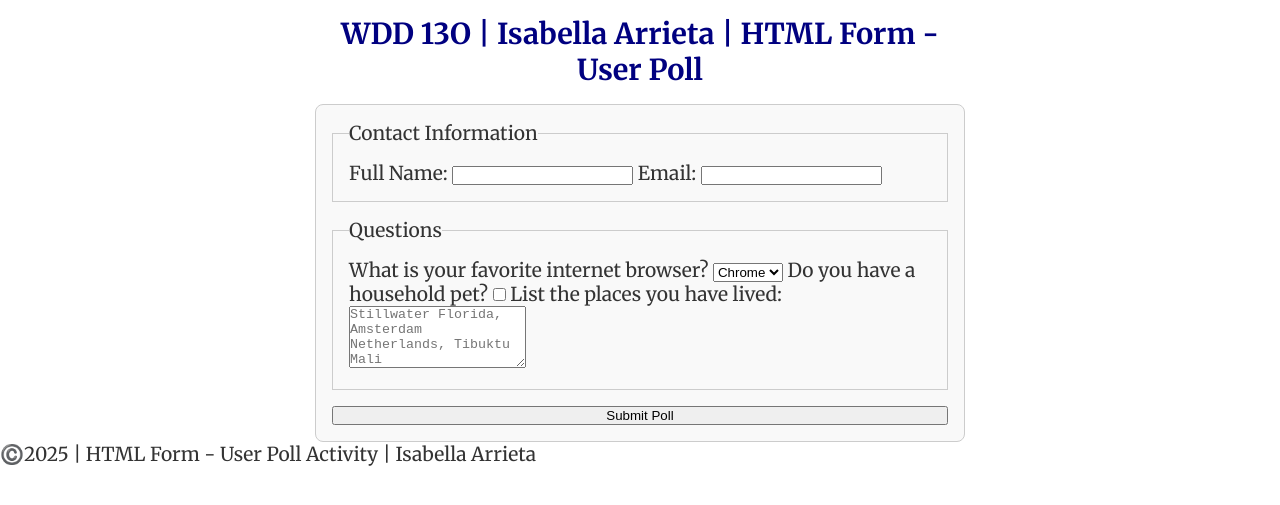
Repository: isaAJ05/wdd130
Page: week05/poll-form.html
These files come from the project's save history. The page is drawn as it stood at one moment and after a run of saves; the edit follows.
The browser window is 1280 px wide. The pictures show the whole page.

Above is the page before, as saved 2025-06-14 18:36:58.

### week05/poll-form.html
<!DOCTYPE html>
<html lang="en-us">
<head>
    <meta charset="UTF-8">
    <meta name="viewport" content="width=device-width, initial-scale=1.0">
    <title>WDD 130 | HTML Form - User Poll</title>
    <meta name="description" content="Poll form">
    <meta name="author" content="Isabella Arrieta">
    <link rel="stylesheet" href="styles/poll-form.css">
    <link rel="preconnect" href="https://fonts.googleapis.com">
    <link rel="preconnect" href="https://fonts.gstatic.com" crossorigin>
    <link href="https://fonts.googleapis.com/css2?family=Merriweather:wght@400;700&family=Roboto:wght@400;700&display=swap" rel="stylesheet">
</head>
<body>
    <header>
        <h1>WDD 13O | Isabella Arrieta | HTML Form - User Poll</h1>
    </header>
    <main>
        <form>
            <fieldset>
                <legend>Contact Information</legend>
                <label>Full Name: <input type="text" name="fullname"></label>
                <label>Email: <input type="email" id="useremail" name="useremail"></label>
            </fieldset>
            <fieldset>
                <legend>Questions</legend>
                <label for="browser">What is your favorite internet browser?</label>
                <select id="browser" name="browser">
                    <option value="chrome">Chrome</option>
                    <option value="firefox">Firefox</option>
                    <option value="safari">Safari</option>
                    <option value="edge">Edge</option>
                    <option value="brave">Brave</option>
                    <option value="other">Other</option>
                </select>
                <label for="pet">Do you have a household pet?</label>
                <input type="checkbox" id="pet" name="pet">
                <label for="feedback">List the places you have lived:</label>
                <textarea id="feedback" name="feedback" rows="4" placeholder="Stillwater Florida, Amsterdam Netherlands, Tibuktu Mali"></textarea>
            </fieldset>
            <button type="submit">Submit Poll</button>
        </form>
    </main>
    <footer>
        <p>©️2025 | HTML Form - User Poll Activity | Isabella Arrieta</p>

    </footer>
</body>
</html>

### week05/styles/poll-form.css
* {
    margin: 0;
    padding: 0;
    box-sizing: border-box;
}
body {
    font-family: Merriweather, Georgia, serif;
    font-size: 1.2em;
    color: #333;
    background: #fff;
}
header{
    margin: 0 auto;
    width: 650px;
}
h1{
    margin: 1rem;
    font-size: 1.5em;
    color: navy;
    text-align: center;
}
form {
    margin: 0 auto;
    width: 650px;
    padding: 1rem;
    border: 1px solid #ccc;
    border-radius: 0.5rem;
    background-color: #f9f9f9;
    display: grid;
}
fieldset {
    border: 1px solid #ccc;
    padding: 1rem;
    margin-bottom: 1rem;
}

After the next 2 saves:
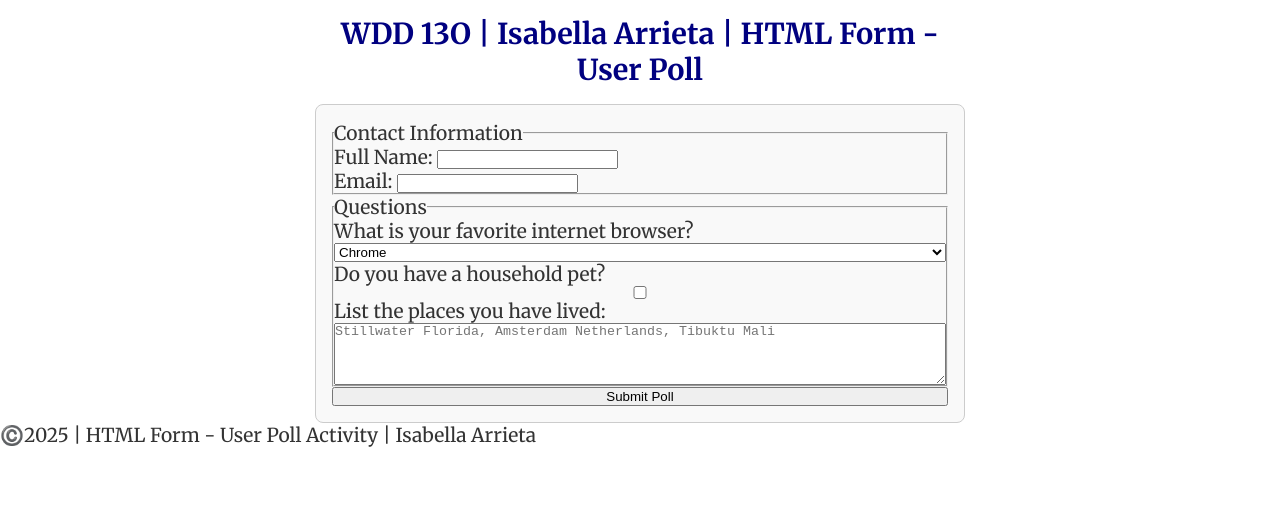
The 2 saves are shown as one change because they came seconds apart.
The last was saved 13 s later.
--- a/week05/styles/poll-form.css
+++ b/week05/styles/poll-form.css
@@ -29,7 +29,6 @@ form {
     display: grid;
 }
 fieldset {
-    border: 1px solid #ccc;
-    padding: 1rem;
-    margin-bottom: 1rem;
+    display: grid;
+
 }
